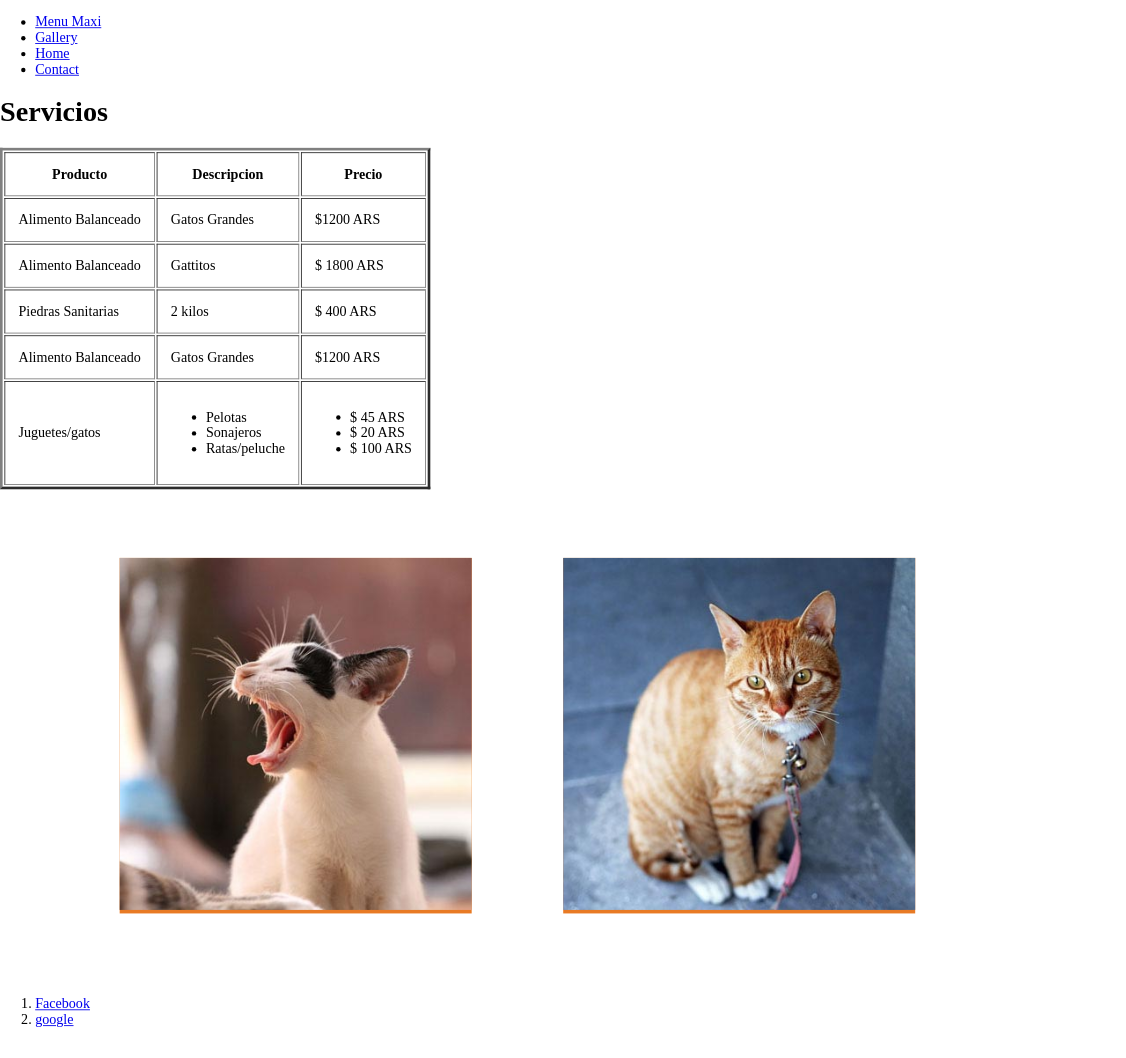
Repository: raul4264/final
Page: Services.html
The author's editor kept a copy of each file at every save. The page is drawn from the files as they stood at one save, then again after the next save.
The browser window is 1280 px wide. The pictures show the whole page, at 88% of full size.

Above is the page before, as saved 2021-03-25 13:58:57.

After the next save:
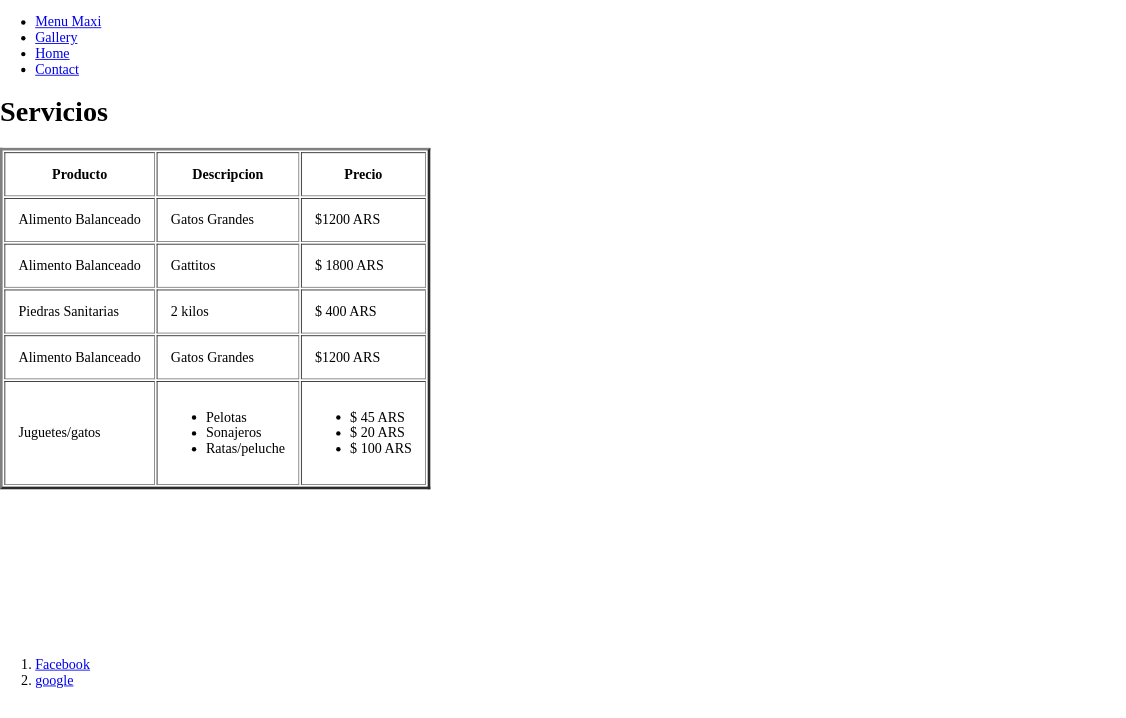
Saved 82 s later.
--- a/css/services.css
+++ b/css/services.css
@@ -15,7 +15,9 @@
 	text-align: center;
 	width: 100%;
 }
-
+img{
+    display: contents;
+}
 .square{
 	background: #e87a24;
 	display: inline-block;

After the save that followed:
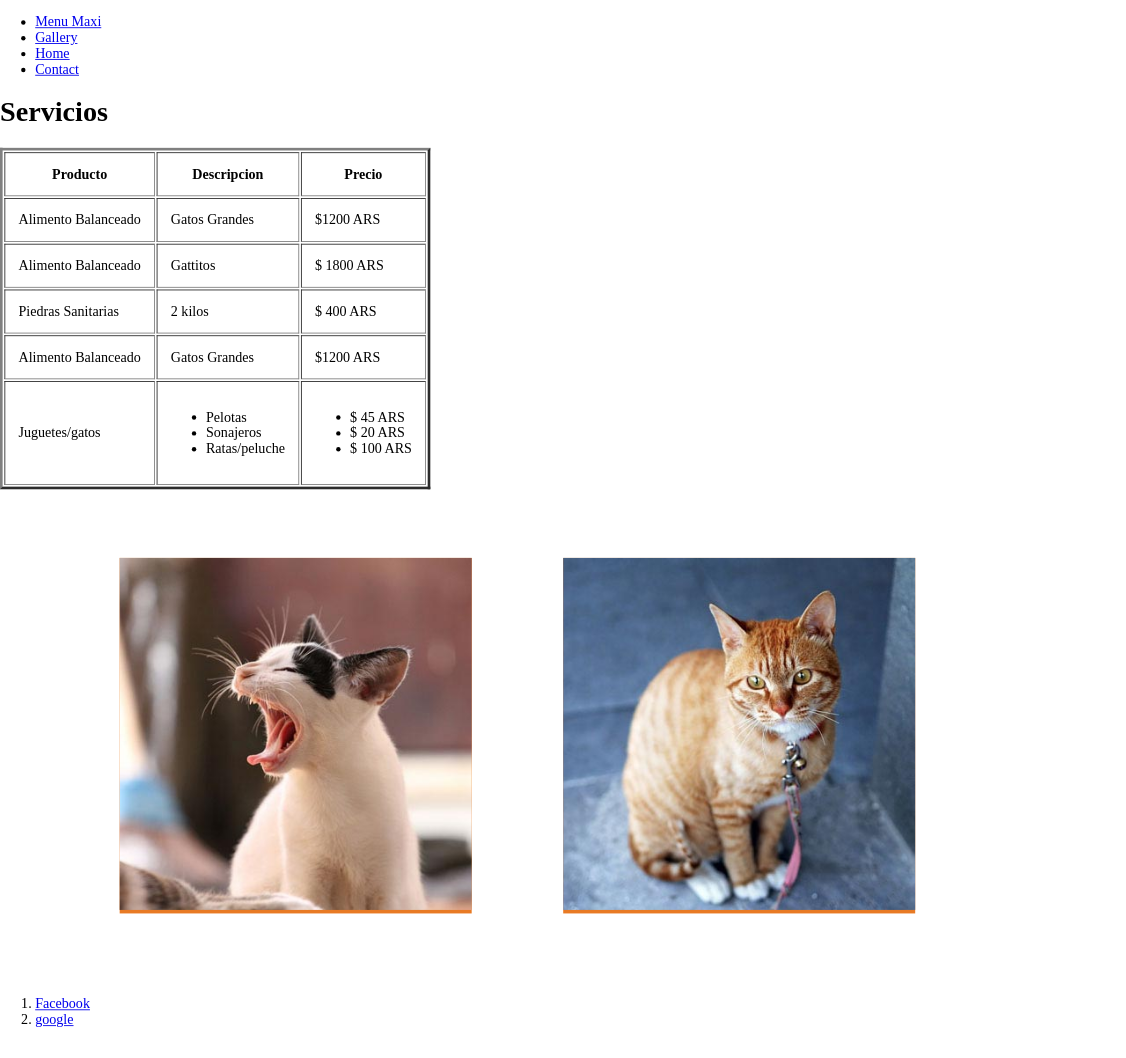
Saved 38 s later.
--- a/css/services.css
+++ b/css/services.css
@@ -16,7 +16,7 @@
 	width: 100%;
 }
 img{
-    display: contents;
+    image-rendering: auto;
 }
 .square{
 	background: #e87a24;
